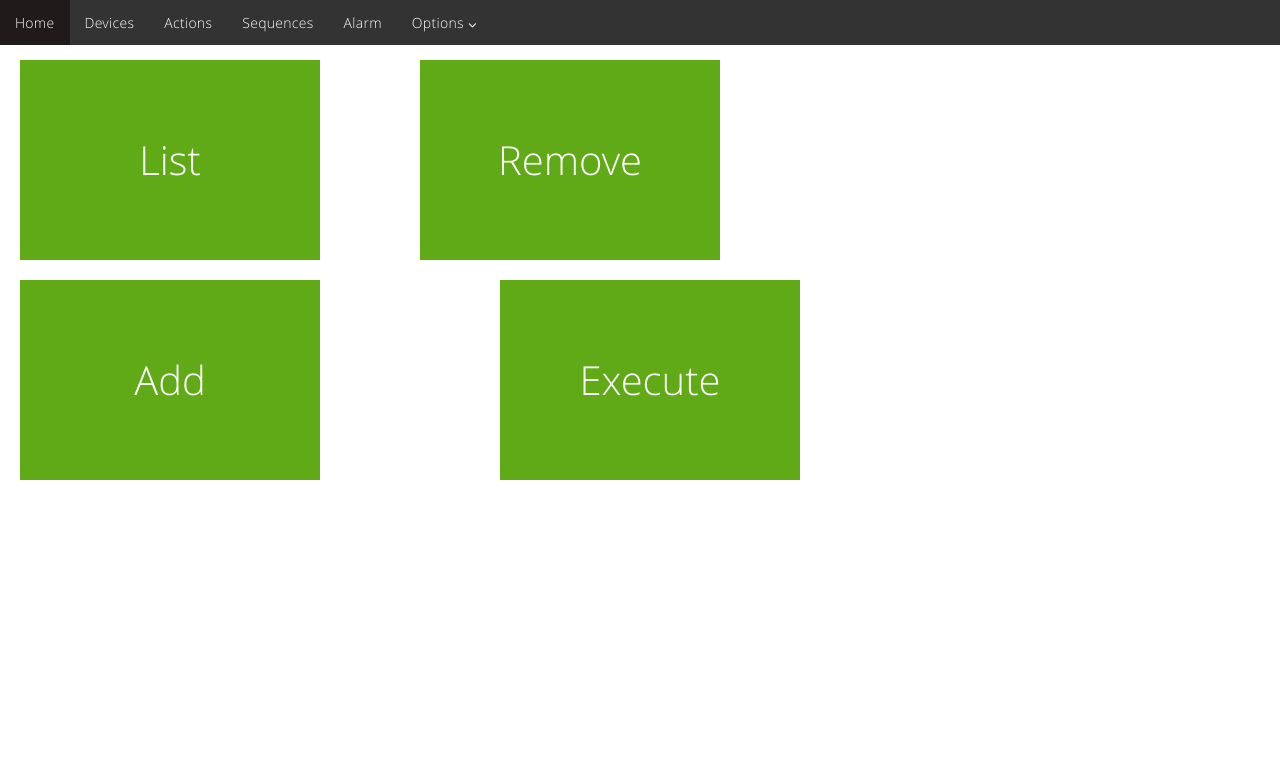
Repository: Pietvergiet/RPiProject
Page: http://localhost/RPi/Action
An editor plug-in stored every save of this project. The page is shown before and after the next save, followed by the edit.
The browser window is 1280 px wide. The pictures show the whole page.
The page is served by Tomcat 9. Other server files are loaded and not shown.

Above is the page before, as saved 2014-10-27 13:26:53.

### RPi/src/main/webapp/Action.jsp
<%@ page language="java" contentType="text/html; charset=ISO-8859-1"
    pageEncoding="ISO-8859-1"%>
<!DOCTYPE html PUBLIC "-//W3C//DTD HTML 4.01 Transitional//EN" "http://www.w3.org/TR/html4/loose.dtd">
<html>
<head>

        <link rel="stylesheet" href="BootstrapMetro/docs/css/metro-bootstrap.css">
        <script src="BootstrapMetro/docs/js/jquery/jquery.min.js"></script>
        <script src="BootstrapMetro/docs/js/jquery/jquery.widget.min.js"></script>
        <script src="BootstrapMetro/min/metro.min.js"></script>
        <link rel="shortcut icon" href="images/remote_control.ico" />
	    <title>SuperRemotely</title>

</head>
<body class="metro">
<!-- Header -->
<nav class="navigation-bar dark fixed-top">
	<nav class="navigation-bar-content">
        <ul class="element-menu">
        	<li><a href="/RPi">Home</a></li>
        	<li><a href="./Devices">Devices</a></li>
        	<li><a href="./Action">Actions</a></li>
        	<li><a href="#Sequence">Sequences</a></li>
        	<li><a href="#Alarm">Alarm</a></li>
        	<li>
                <a class="dropdown-toggle" href="#Options">Options</a>
                <ul class="dropdown-menu dark" data-role="dropdown" style="display: none;">
                	<li><a href="#Time">Set the time</a></li>
                    <li><a href="#Record">Record new action</a></li>
                    <li><a href="#Add">Add a new Device</a></li>
                    <li><a href="#Remove">Remove a device</a></li>
                    <li><a href="#Edit">Remove an action</a></li>
                </ul>
            </li>
    	</ul>
    </nav>
</nav>

<!-- Body -->
<div class="grid" style="margin-left:20px;margin-top:60px">
	<div class="grid">

		<form method="post" action="doAction">
			<div class="row" >
				<div class="span5"><input name="button" class="bg-green bg-hover-lime fg-white" type="submit" value="List" style="font-size:40px; height:200px; width:300px;"></div>
				<div class="span5"><input name="button" class="bg-green bg-hover-lime fg-white" type="submit" value="Remove" style="font-size:40px; height:200px; width:300px;"></div>
			</div>
			<div class="row">
				<div class="span6"><input name="button" class="bg-green bg-hover-lime fg-white" type="submit" value="Add" style="font-size:40px; height:200px; width:300px;"></div>
				<div class="span6"><input name="button" class="bg-green bg-hover-lime fg-white" type="submit" value="Execute" style="font-size:40px; height:200px; width:300px;"></div>
			</div>
		</form>

</div>
</body>
</html>

Loaded but not shown: RPi/src/main/webapp/BootstrapMetro/docs/css/metro-bootstrap.css (library); RPi/src/main/webapp/BootstrapMetro/docs/js/jquery/jquery.min.js (library); RPi/src/main/webapp/BootstrapMetro/docs/js/jquery/jquery.widget.min.js (library); RPi/src/main/webapp/BootstrapMetro/min/metro.min.js (library)

After the next save:
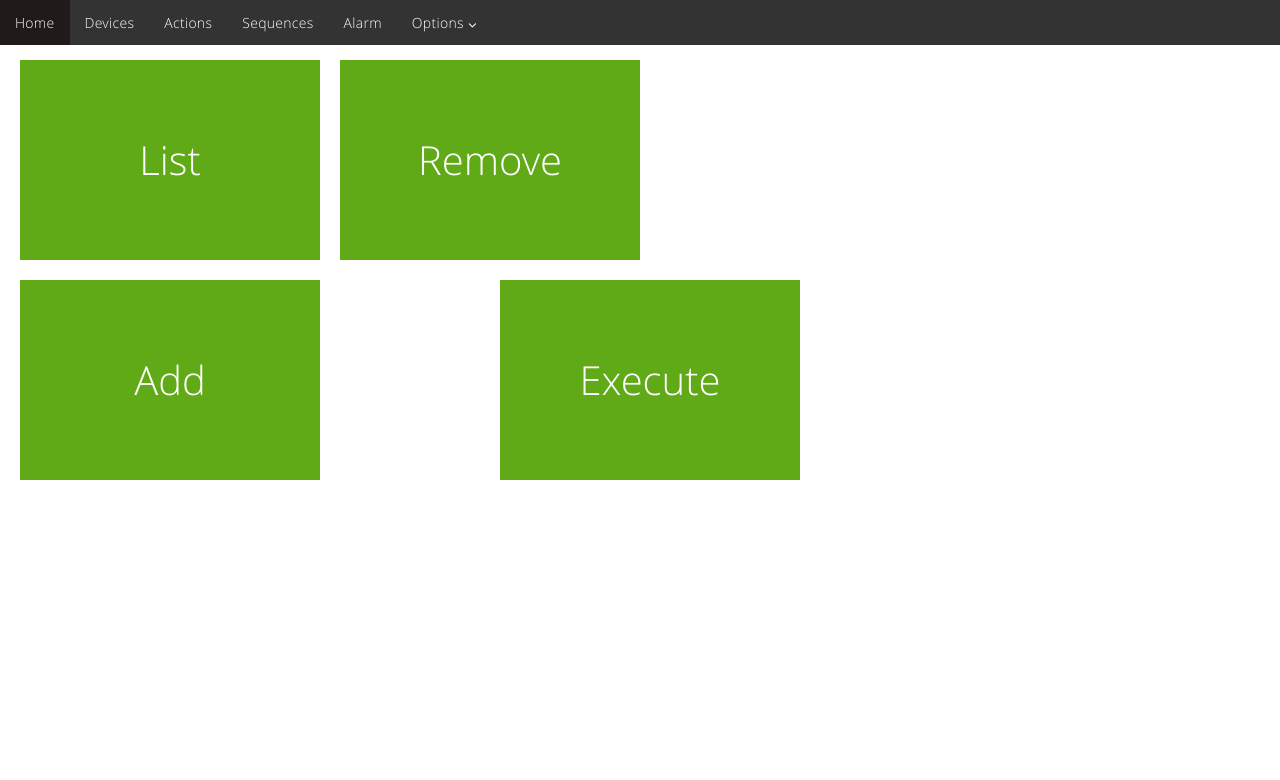
Saved 7 s later.
--- a/RPi/src/main/webapp/Action.jsp
+++ b/RPi/src/main/webapp/Action.jsp
@@ -42,8 +42,8 @@
 
 		<form method="post" action="doAction">
 			<div class="row" >
-				<div class="span5"><input name="button" class="bg-green bg-hover-lime fg-white" type="submit" value="List" style="font-size:40px; height:200px; width:300px;"></div>
-				<div class="span5"><input name="button" class="bg-green bg-hover-lime fg-white" type="submit" value="Remove" style="font-size:40px; height:200px; width:300px;"></div>
+				<div class="span4"><input name="button" class="bg-green bg-hover-lime fg-white" type="submit" value="List" style="font-size:40px; height:200px; width:300px;"></div>
+				<div class="span4"><input name="button" class="bg-green bg-hover-lime fg-white" type="submit" value="Remove" style="font-size:40px; height:200px; width:300px;"></div>
 			</div>
 			<div class="row">
 				<div class="span6"><input name="button" class="bg-green bg-hover-lime fg-white" type="submit" value="Add" style="font-size:40px; height:200px; width:300px;"></div>
